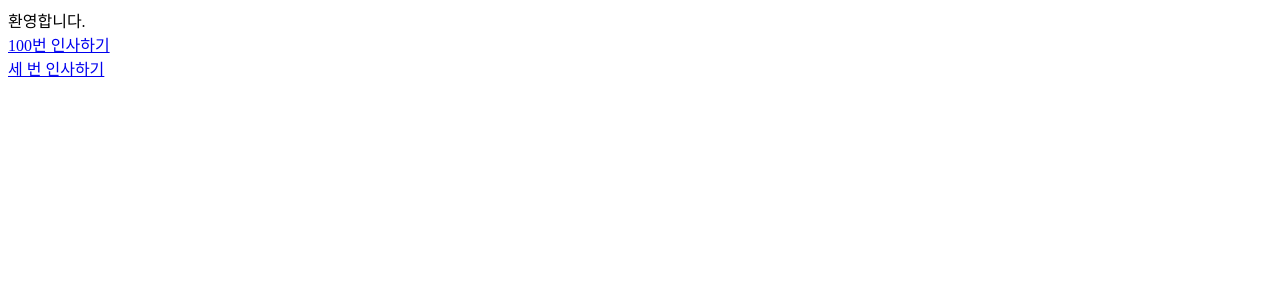
Repository: Jason-TG/workspace
Page: JSP_Project/src/main/webapp/index.html
An editor plug-in stored every save of this project. The page is shown before and after the next save, followed by the edit.
The browser window is 1280 px wide. The pictures show the whole page.

Above is the page before, as saved 2021-07-09 03:14:45.

### JSP_Project/src/main/webapp/index.html
<!DOCTYPE html>
<html>
<head>
<meta charset="EUC-KR">
<title>Insert title here</title>
</head>
<body>
	환영합니다.  <br/>
	<a href="hi">100번 인사하기</a><br/>
	<a href="hi?cnt=3">세 번 인사하기</a><br/>
</body>
</html>

After the next save:
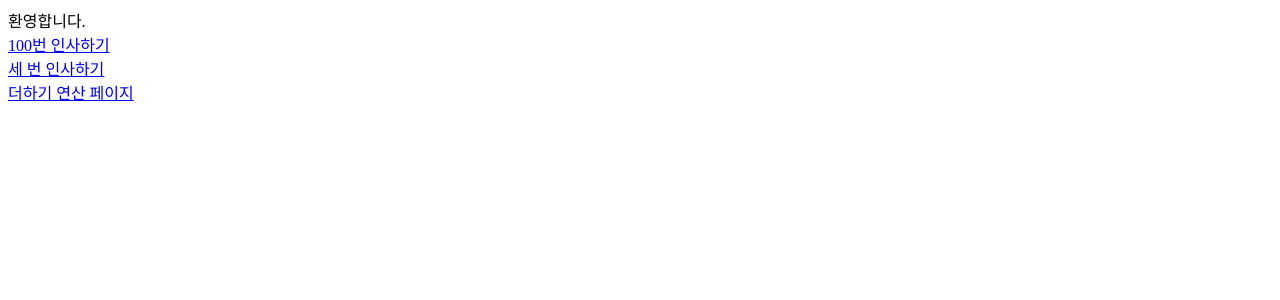
Saved 6 min 54 s later.
--- a/JSP_Project/src/main/webapp/index.html
+++ b/JSP_Project/src/main/webapp/index.html
@@ -8,5 +8,6 @@
 	환영합니다.  <br/>
 	<a href="hi">100번 인사하기</a><br/>
 	<a href="hi?cnt=3">세 번 인사하기</a><br/>
+	<a href="add.jsp">더하기 연산 페이지</a>
 </body>
 </html>
